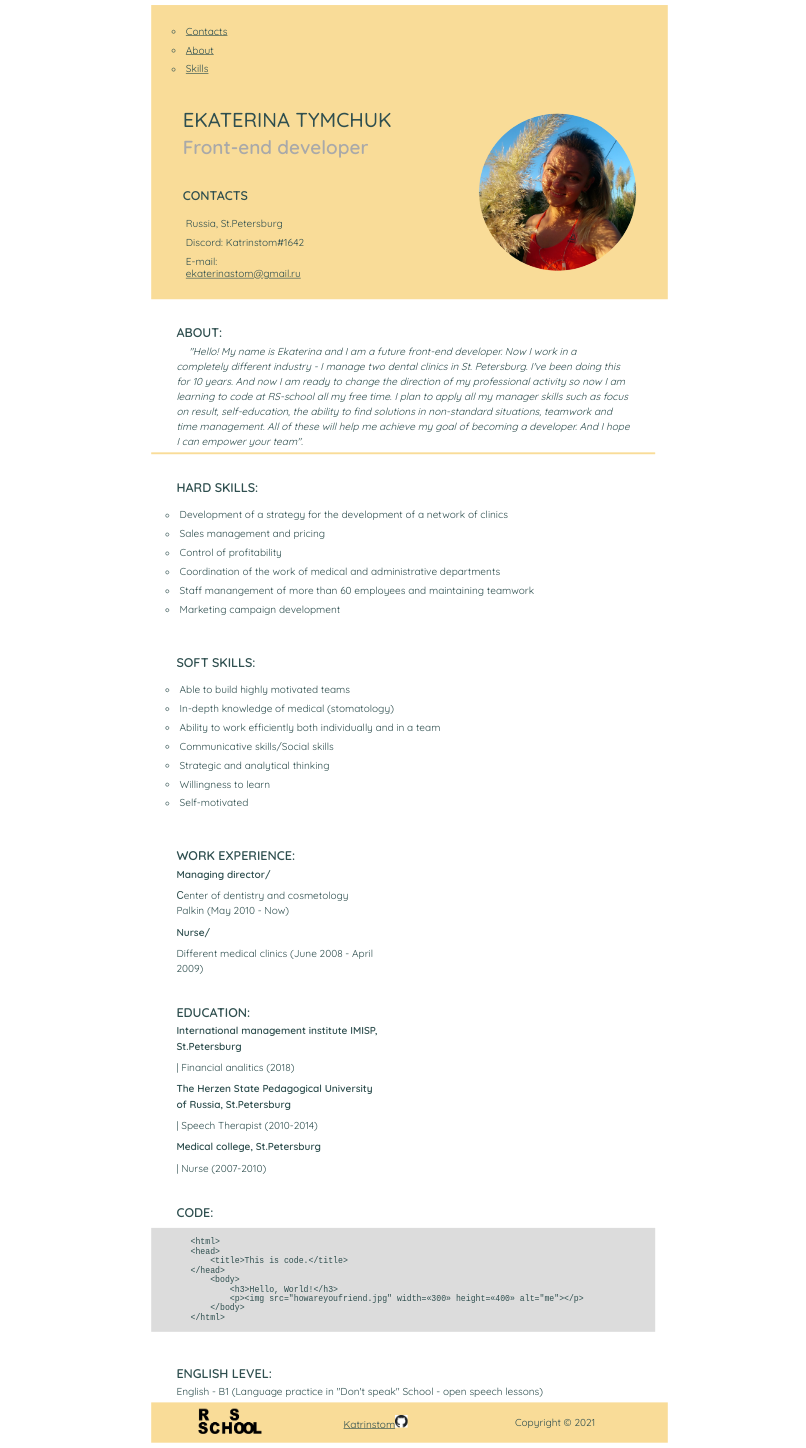
Repository: Katrinstom/rsschool-cv
Page: index.html
An editor plug-in stored every save of this project. The page is shown before and after the next save, followed by the edit.
The browser window is 1280 px wide. The pictures show the whole page, at 63% of full size.

Above is the page before, as saved 2022-01-02 18:51:52.

After the next save:
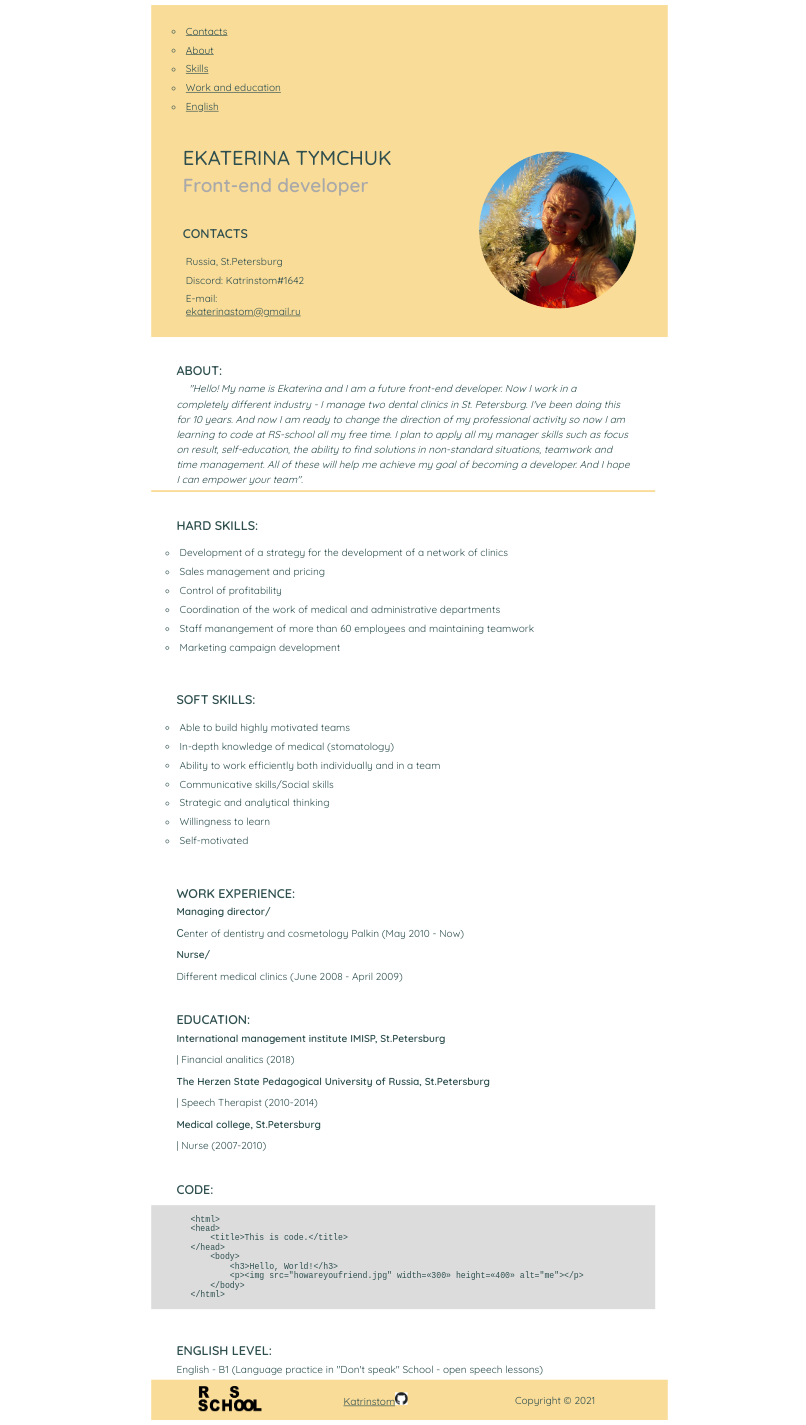
Saved 7 min 53 s later.
--- a/index.html
+++ b/index.html
@@ -18,6 +18,8 @@
                     <li class="nav-item"><a href="#contacts" class="nav-link">Contacts</a></li>
                     <li class="nav-item"><a href="#about" class="nav-link">About</a></li>
                     <li class="nav-item"><a href="#skills" class="nav-link">Skills</a></li>
+                    <li class="nav-item"><a href="#workandeducation" class="nav-link">Work and education</a></li>
+                    <li class="nav-item"><a href="#english" class="nav-link">English</a></li>
                 </ul>
             </nav>
                 <img class="pic" src="images/1909_oooo.plus.png" alt="itsme" width="250" height="250">
@@ -63,14 +65,14 @@
         </section>
         <section>
             <div style="clear:both"></div>
-            <div class="blockleft">
+            <div class="workandeducation">
                 <h4>Work experience:</h4>
                 <b>Managing director/</b>
                 <p>Сenter of dentistry and cosmetology Palkin (May 2010 - Now)</p>
                 <b>Nurse/</b>
                 <p>Different medical clinics (June 2008 - April 2009)</p>
             </div>
-            <div class="blockleft">
+            <div class="workandeducation">
                 <h4>Education:</h4>
                 <b>International management institute IMISP, St.Petersburg</b>
                 <p>| Financial analitics (2018)</p>
